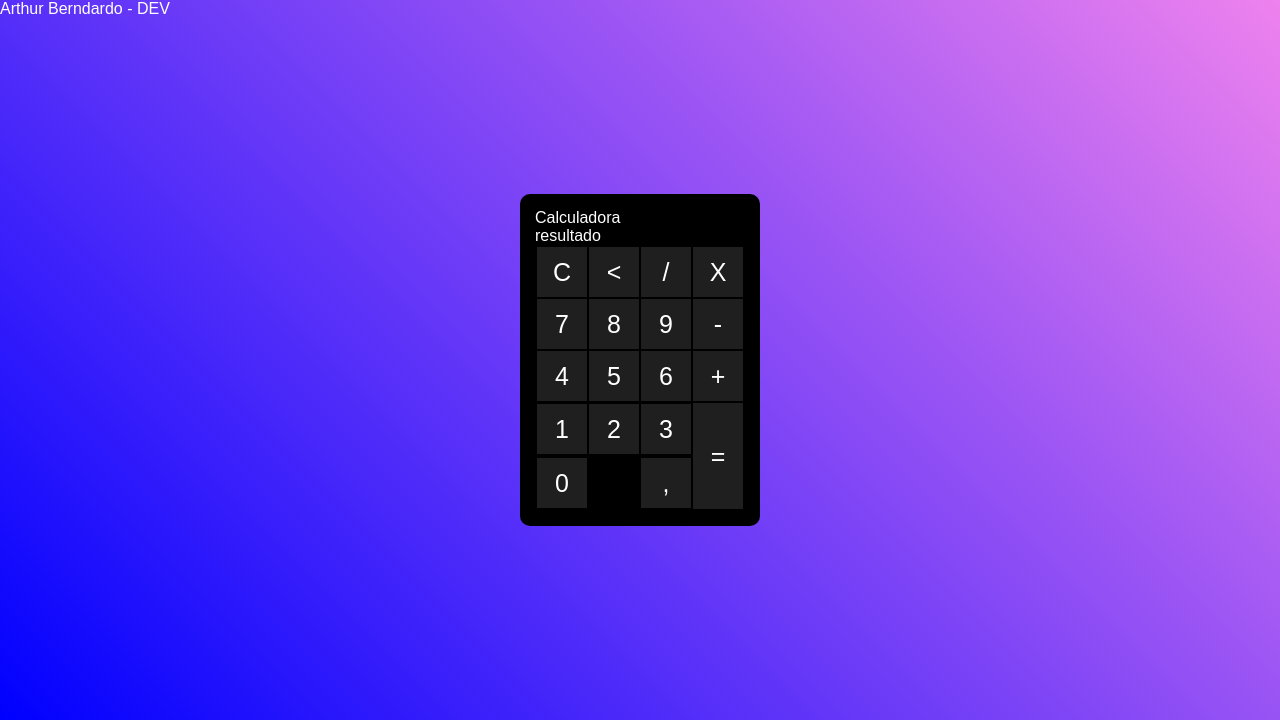
Repository: oThurDev/calculadora
Page: calculadora.html
These files come from the project's save history. The page is drawn as it stood at one moment and after the next save; the edit follows.
The browser window is 1280 px wide. The pictures show the whole page.

Above is the page before, as saved 2022-02-25 15:40:59.

After the next save:
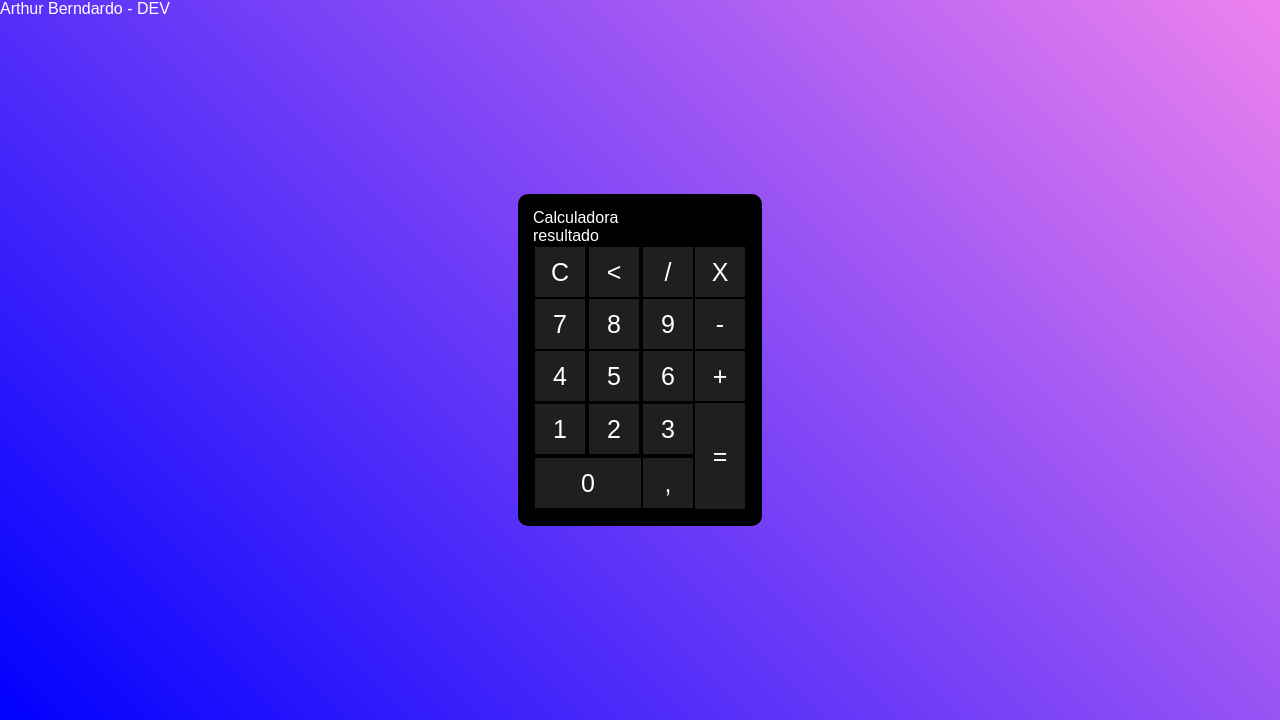
Saved 39 s later.
--- a/calculadora.html
+++ b/calculadora.html
@@ -38,7 +38,7 @@
                     <td rowspan="2"><button class="botao" style="height: 106px;">=</button></td>
                 </tr>
                 <tr>
-                    <td colspan="2"><button class="botao">0</button></td>
+                    <td colspan="2"><button class="botao" style="width: 106px;">0</button></td>
                     <td><button class="botao">,</button></td>
                 </tr>
             </table>
